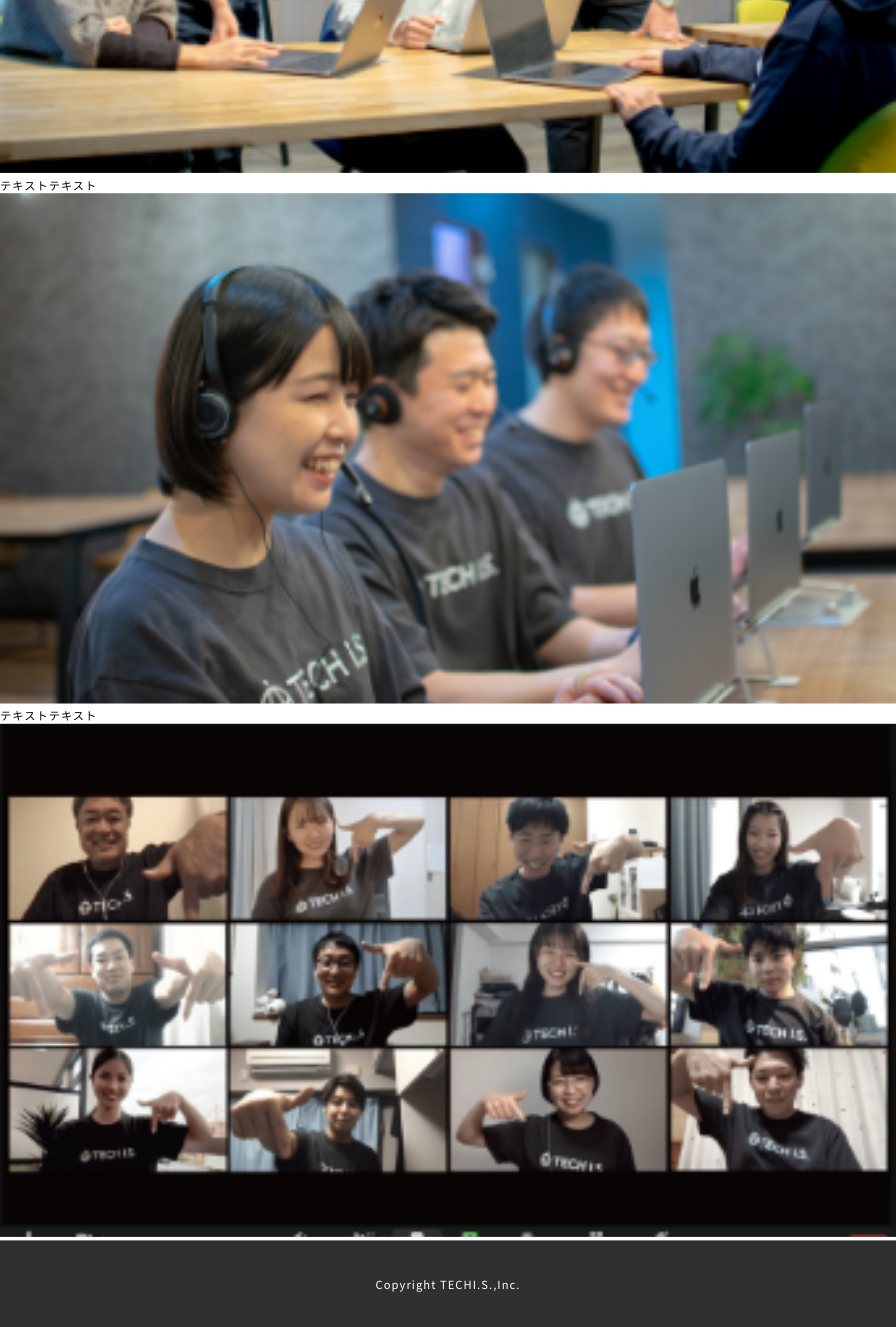
Repository: ryunoesta/lp-techis
Page: indx.html
These files come from the project's save history. The page is drawn as it stood at one moment and after a run of saves; the edit follows.
The browser window is 1280 px wide. The pictures show the part of the page from y = 1530 to 3450 px (the page is 3426 px tall before and 3450 px after), at 70% of full size.

Above is the page before, as saved 2022-06-15 22:34:18.

After the next 3 saves:
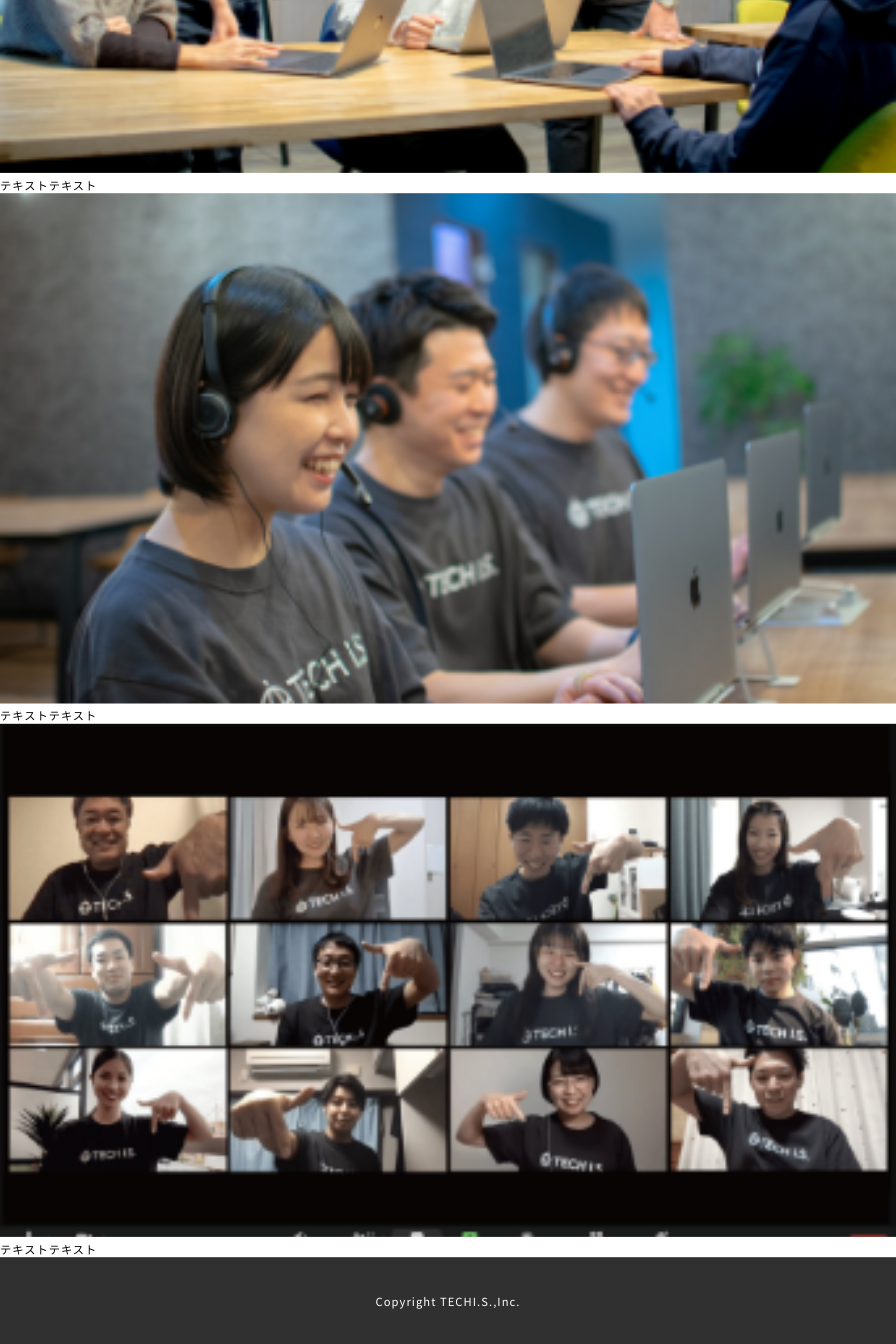
The 3 saves are shown as one change because they came seconds apart.
The last was saved 9 s later.
--- a/indx.html
+++ b/indx.html
@@ -77,8 +77,7 @@
                 </li>
                 <li class="front-service__item">
                     <img src="./img/service3.png" alt="サービス３">
-                    <div class="front-service__desc"></div>
-
+                    <h3>テキストテキスト</h3>
                 </li>
             </ul>
         </section>
